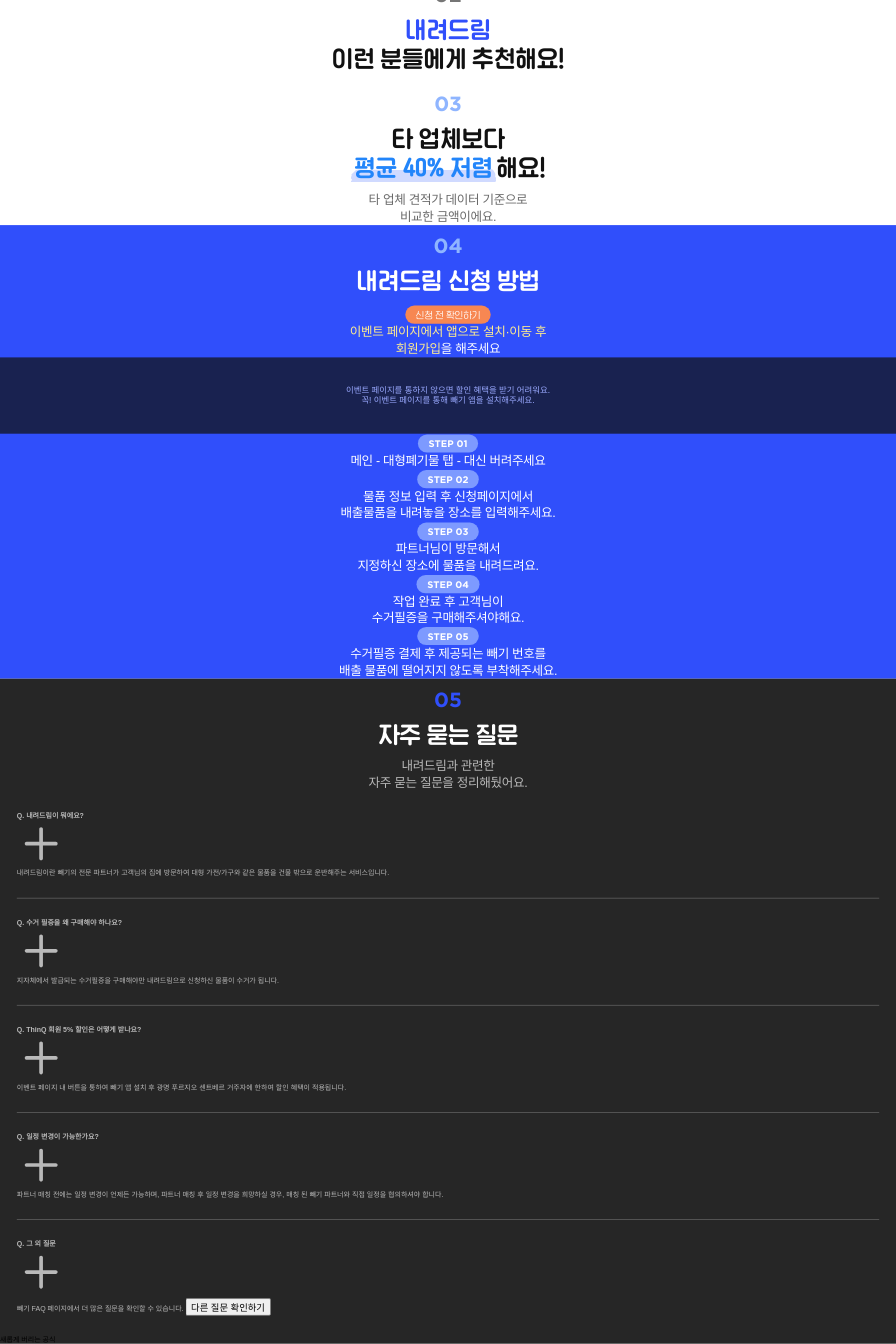
Repository: seraLeeDev/lgthinq-test
Page: index2.html
These files come from the project's save history. The page is drawn as it stood at one moment and after the next save; the edit follows.
The browser window is 1280 px wide. The pictures show the part of the page from y = 3731 to 5651 px (the page is 5651 px tall before and 5636 px after), at 70% of full size.
Some web fonts or font styles are not loaded; a fallback is used.

Above is the page before, as saved 2023-03-14 16:19:50.
Console error: ReferenceError: AOS is not defined

After the next save:
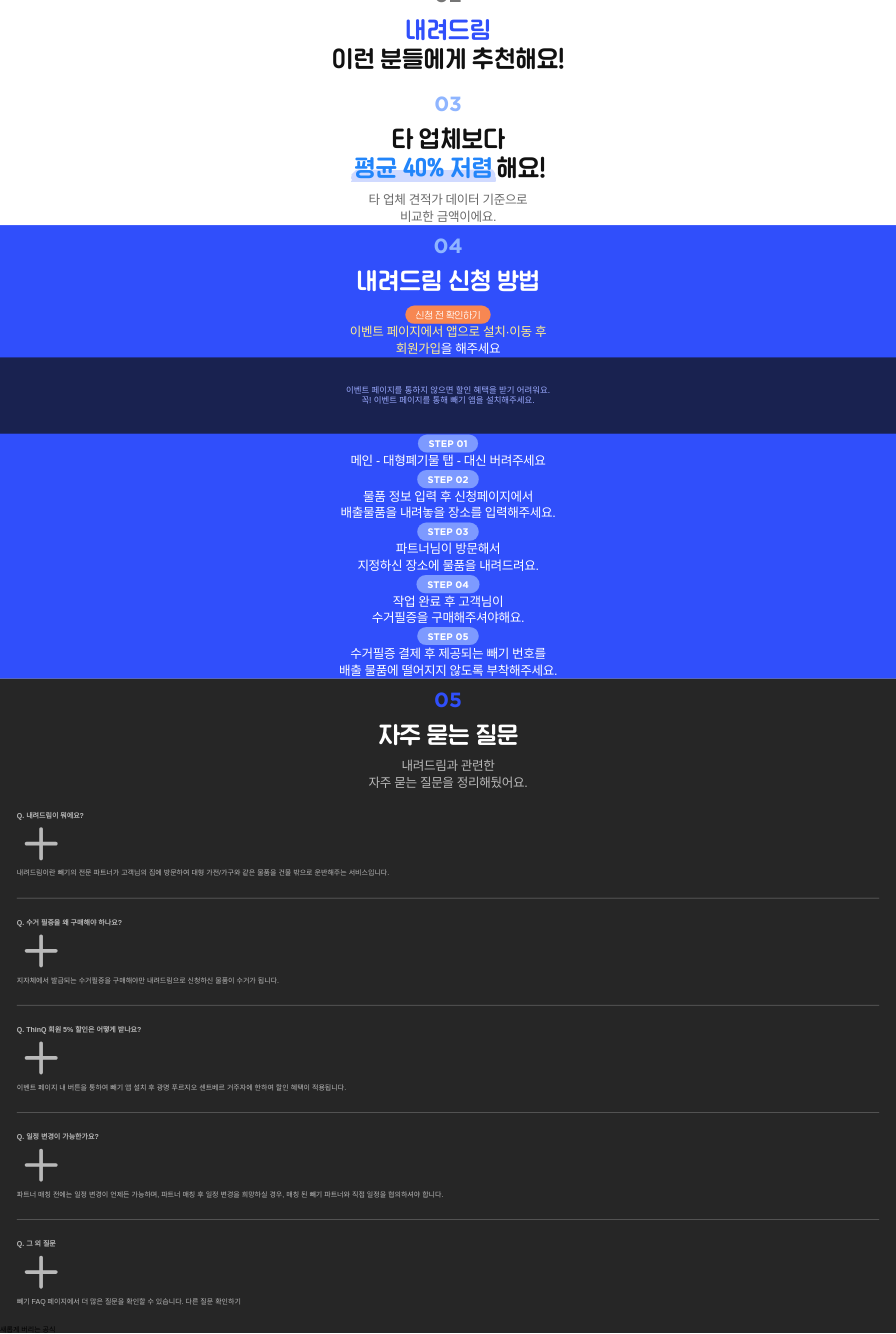
Saved 7 s later.
--- a/index2.html
+++ b/index2.html
@@ -293,7 +293,7 @@
                 </i>
                 <p class="text-answer font-normal">
                   빼기 FAQ 페이지에서 더 많은 질문을 확인할 수 있습니다.
-                  <button class="btn-faq">다른 질문 확인하기</button>
+                  <a class="btn-faq">다른 질문 확인하기</a>
                 </p>
               </div>
             </li>
